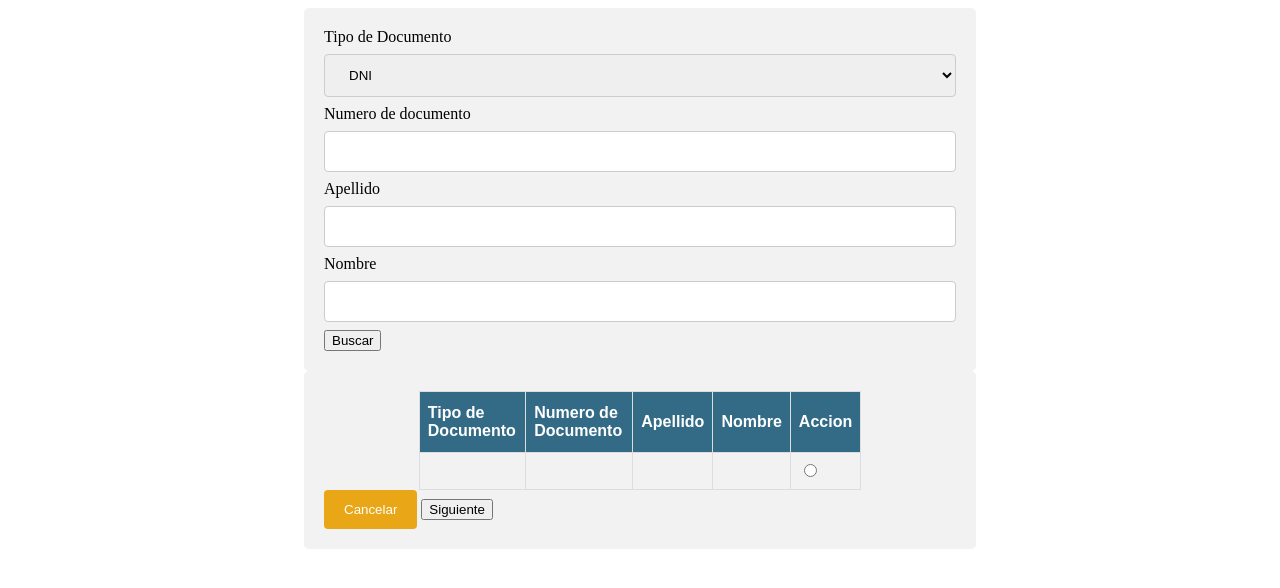
Repository: dariovtx/JavaUTNDise-o
Page: http://localhost/hotelPremier/gestionarPasajero.jsp
An editor plug-in stored every save of this project. The page is shown before and after the next save, followed by the edit.
The browser window is 1280 px wide. The pictures show the whole page.
The page is served by Tomcat 9. Other server files are loaded and not shown.

Above is the page before, as saved 2021-10-24 21:24:14.

### hotelPremier/src/main/webapp/gestionarPasajero.jsp
<%@page import="java.util.LinkedList"%>
<%@page import="tpUtn.hotel.entidades.Pasajero"%>
<%@page import="java.util.List"%>
<%@page import="tpUtn.hotel.gestionar.GestionarPasajero"%>
<%@ page language="java" contentType="text/html; charset=ISO-8859-1"
    pageEncoding="ISO-8859-1"%>
<!DOCTYPE html>
<html>
<head>
<meta charset="ISO-8859-1">
<link rel="stylesheet" href="css/form.css">
<link rel="stylesheet" href="css/button.css">
<link rel="stylesheet" href="css/table.css">
<title>Insert title here</title>
</head>
<body>
   <div>
     <form action="pasajeroABM" method="get">
     <label for="tipoDocumento">Tipo de Documento</label>
     <select name="tipoDoc" required >
		<option value="DNI"  >DNI</option>
		<option value="PAS"  >PAS</option>
		<option value="LE"  >LE</option>
		<option value="CI"  >CI</option>
	</select>
	<label for="numeroDocumento">Numero de documento</label>
	<input type="text" name="numeroDoc" required>
	<label for="Apellido">Apellido</label>
	<input type="text" name="apellido" required>
	<label for="Nombre">Nombre</label>
	<input type="text" name="nombre" required>
	<input type="submit" value="Buscar">
     </form>
     </div>
     <section>
     <form action="pasajeroABM" method="post" >
     <table>
	   <tr>
	   <th>Tipo de Documento</th>
	   <th>Numero de Documento</th>
	   <th>Apellido</th>
	   <th>Nombre</th>
	   <th>Accion</th>
	   </tr>
	   <%


	   if(request.getParameter("tipoDoc")!=null){
		   String tipoDoc = request.getParameter("tipoDoc");
		   int numeroDoc = Integer.valueOf(request.getParameter("numeroDoc"));
		   String apellido = request.getParameter("apellidon");
		   String nombre = request.getParameter("nombren");

		   	System.out.println(request.getParameter("tipoDocSesion"));

	   GestionarPasajero gestionarPasajero= new GestionarPasajero();


	   for(Pasajero pasajero : gestionarPasajero.buscarPasajero(tipoDoc, numeroDoc, apellido, nombre)){

	   %>
	   <tr>
	   <td><%=pasajero.getTipoDocumento() %></td>
	   <td><%=pasajero.getDocumento() %></td>
	   <td><%=pasajero.getApellido() %></td>
	   <td><%=pasajero.getNombre()%></td>
	   <td>
	   		<input type="radio" value="<%=pasajero.getId() %>" name="idPasajero">
	   </td>

	   </tr>
	   <%}}else {%> <tr>
	   <td></td>
	   <td></td>
	   <td></td>
	   <td></td>
	   <td>
	   		<input type="radio" value="" name="idPasajero">
	   </td>

	   </tr>
	   <%} %>
	</table>

	<input class="warning" type="button" onclick="location.href='index.jsp'" value="Cancelar" />
	<input type="submit" value="Siguiente">
     </form>
     </section>
</body>
</html>

### hotelPremier/src/main/webapp/css/form.css
input[type="email"],
[type="password"],
[type="text"],
[type="number"],
[type="date"],
select {
  width: 100%;
  padding: 12px 20px;
  margin: 8px 0;
  display: inline-block;
  border: 1px solid #ccc;
  border-radius: 4px;
  box-sizing: border-box;
}

form {
  border-radius: 5px;
  background-color: #f2f2f2;
  padding: 20px;
  width: 50%;
  justify-content: center;
  margin: auto;
}

i {
  margin-left: -30px;
  cursor: pointer;
}

### hotelPremier/src/main/webapp/css/button.css
.warning {
	background-color: rgb(233, 166, 23);
	color: white;
	padding: 12px 20px;
	border: none;
	border-radius: 4px;
	cursor: pointer;

  }

 .warning:hover {
	background-color: #ddd;
	color: black;
	border-radius: 1px;
  }

  .danger {
	background-color: #ff0000;
	color: white;
	padding: 12px 20px;
	border: none;
	border-radius: 4px;
	cursor: pointer;

  }

  .danger:hover {
	background-color: #ddd;
	color: black;
	border-radius: 1px;
  }

  .success {
	background-color: #599c48;
	color: white;
	padding: 12px 20px;
	border: none;
	border-radius: 4px;
	cursor: pointer;

  }

  .success:hover {
	background-color: #ddd;
	color: black;
	border-radius: 1px;
  }

### hotelPremier/src/main/webapp/css/table.css
table {
  font-family: Arial, Helvetica, sans-serif;
  border-collapse: collapse;
  width: 70%;
  margin: auto;
}

td,
th {
  border: 1px solid #ddd;
  padding: 8px;
}

th {
  padding-top: 12px;
  padding-bottom: 12px;
  text-align: left;
  background-color: #336b87 !important;
  color: white;
}

tr:nth-child(even) {
  background-color: #f2f2f2;
}

tr:hover {
  background-color: #ddd;
}

After the next save:
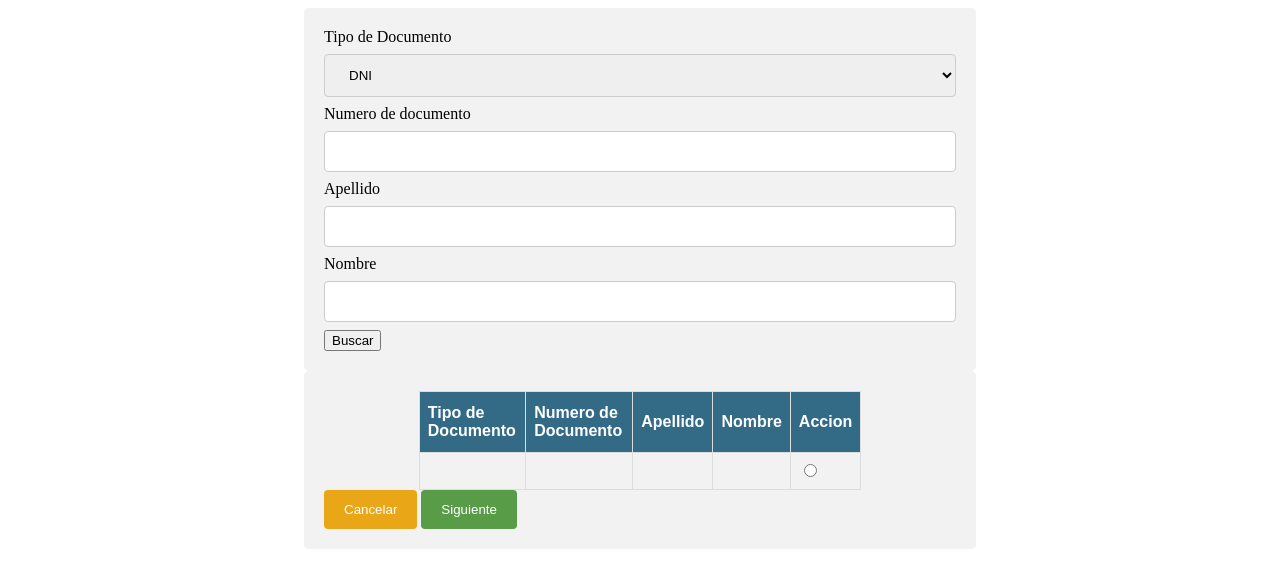
Saved 15 s later.
--- a/hotelPremier/src/main/webapp/gestionarPasajero.jsp
+++ b/hotelPremier/src/main/webapp/gestionarPasajero.jsp
@@ -83,7 +83,7 @@
 	</table>
 
 	<input class="warning" type="button" onclick="location.href='index.jsp'" value="Cancelar" />
-	<input type="submit" value="Siguiente">
+	<input class="success" type="submit" value="Siguiente">
      </form>
      </section>
 </body>
